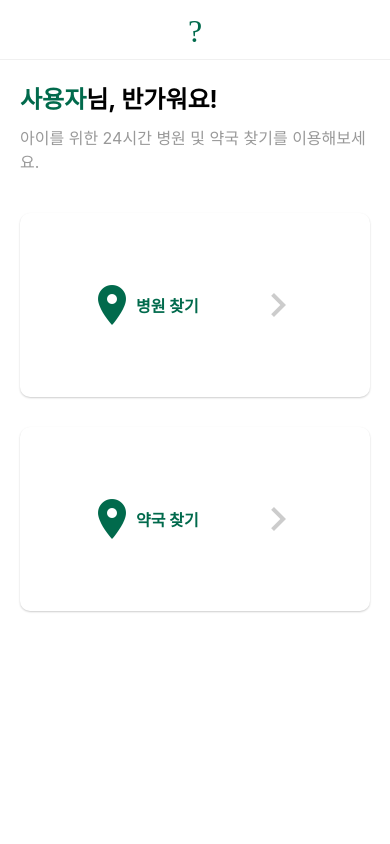
Repository: Sesac-icare/FrontEndiCare
Screen: / (app in iCare/)
The author's editor kept a copy of each file at every save. The screen is drawn from the files as they stood at one save, then again after the next save.
The app was drawn by React Native's web renderer in a window 390 px wide. The project was rebuilt for these pictures with package versions that can differ from the ones it lists, and the page was loaded fresh each time. Some packages were replaced by stand-ins written for this rebuild.

Above is the screen before, as saved 2025-02-04 16:31:18.

After the next save:
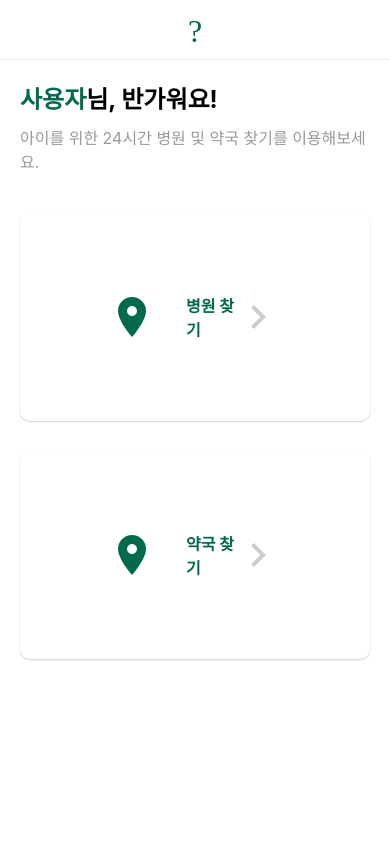
Saved 40 s later.
--- a/iCare/components/Contents.js
+++ b/iCare/components/Contents.js
@@ -108,19 +108,22 @@ const styles = StyleSheet.create({
   },
   buttonContent: {
     flexDirection: "row",
-    alignItems: "center"
+    alignItems: "center",
+    paddingLeft: 20
   },
   buttonIcon: {
     marginRight: 12,
     transform: [{ scale: 2 }]
   },
-  arrowIcon: {
-    marginLeft: "auto",
-    transform: [{ scale: 2 }]
-  },
   buttonText: {
     fontSize: 16,
     color: "#016a4c",
-    fontWeight: "bold"
+    fontWeight: "bold",
+    marginLeft: 30
+  },
+  arrowIcon: {
+    marginLeft: "auto",
+    transform: [{ scale: 2 }],
+    marginRight: 20
   }
 });
